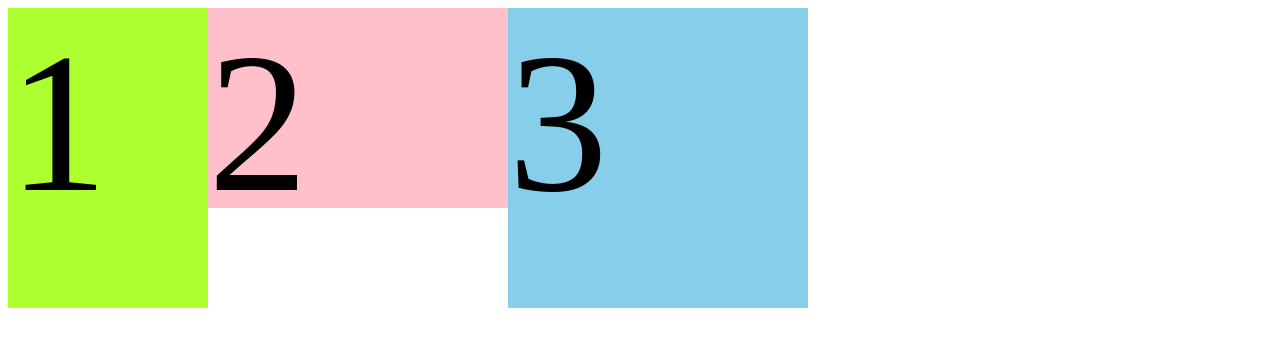
Repository: Germtao/Web
Page: web_css/css_浮动.html
These files come from the project's save history. The page is drawn as it stood at one moment and after the next save; the edit follows.
The browser window is 1280 px wide. The pictures show the whole page.

Above is the page before, as saved 2020-10-29 17:47:26.

### web_css/css_浮动.html
<!DOCTYPE html>
<html lang="en">

<head>
  <meta charset="UTF-8">
  <meta name="viewport" content="width=device-width, initial-scale=1.0">
  <title>css-浮动</title>

  <!-- <style type="text/css">
    span {
      font-size: 100px;
    }
  </style> -->

  <!-- 行内元素和块级元素 -->
  <!-- 行内元素和块级元素的区别：
    行内元素：
      - 与其他行内元素并排
      - 不能设置宽、高。默认的宽度，就是文字的宽度
    块级元素：
      - 霸占一行，不能与其他任何元素并列
      - 能接受宽、高。如果不设置宽度，那么宽度将默认变为父亲的100%
   -->
  <!-- <style type="text/css">
    h1 {
      background-color: pink;
      width: 500px;
      height: 80px;
    }

    span {
      display: block;
      background: red;
      /* 设置无效 */
      width: 500px;
      height: 80px;
    }

    div {
      display: inline;
      background-color: pink;
      width: 500px;
      height: 80px;
    }
  </style> -->

  <!-- css中一共有三种手段，使一个元素脱离标准文档流：
    1. 浮动
    2. 绝对定位
    3. 固定定位
   -->
  <!-- <style type="text/css">
    .box1 {
      float: left;
      width: 200px;
      height: 200px;
      background-color: yellowgreen;
    }

    .box2 {

      width: 300px;
      height: 300px;
      background-color: skyblue;
    }
  </style> -->

  <!-- 性质2：浮动的元素互相贴靠 -->
  <style type="text/css">
    div {
      font-size: 200px;
    }

    .div1 {
      float: left;
      background-color: greenyellow;
      width: 200px;
      height: 300px;
    }

    .div2 {
      float: left;
      background-color: pink;
      width: 300px;
      height: 200px;
    }

    .div3 {
      float: left;
      background-color: skyblue;
      width: 300px;
      height: 300px;
    }
  </style>
</head>

<body>
  <!-- <p>
    哈哈
    <span>王者荣耀</span>
    哈哈哈哈哈哈哈
    <img src="http://img.smyhvae.com/20170729_1445.png" alt="">
    <img src="http://img.smyhvae.com/20170729_1502.png" alt="">
  </p> -->

  <!-- 行内元素和块级元素 -->
  <!-- <h1>内容1</h1>
  <h1>内容2</h1>

  <span>内容3</span>
  <span>内容4</span>

  <div>我是大标题</div> -->

  <!-- 浮动 -->
  <!-- <div class="box1"></div>
  <div class="box2"></div> -->

  <!-- 性质2：浮动的元素互相贴靠 -->
  <div class="div1">1</div>
  <div class="div2">2</div>
  <div class="div3">3</div>
</body>

</html>

After the next save:
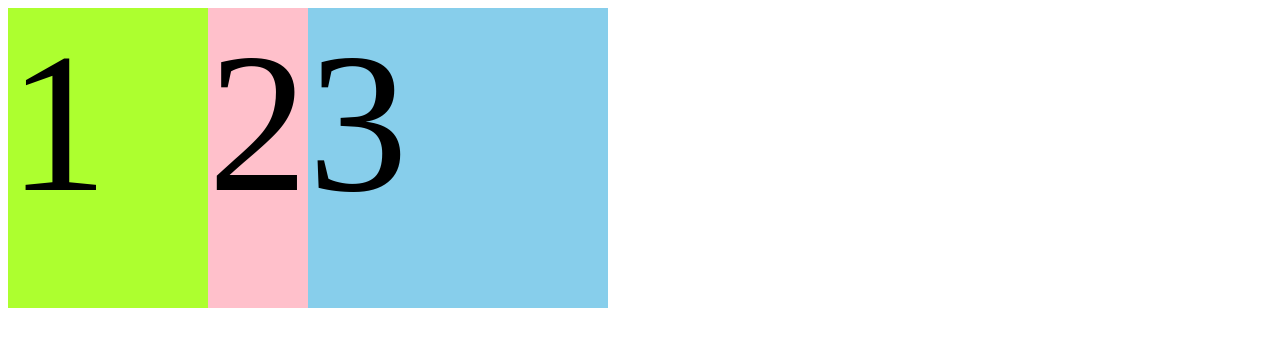
Saved 20 s later.
--- a/web_css/css_浮动.html
+++ b/web_css/css_浮动.html
@@ -81,8 +81,8 @@
     .div2 {
       float: left;
       background-color: pink;
-      width: 300px;
-      height: 200px;
+      width: 100px;
+      height: 300px;
     }
 
     .div3 {
